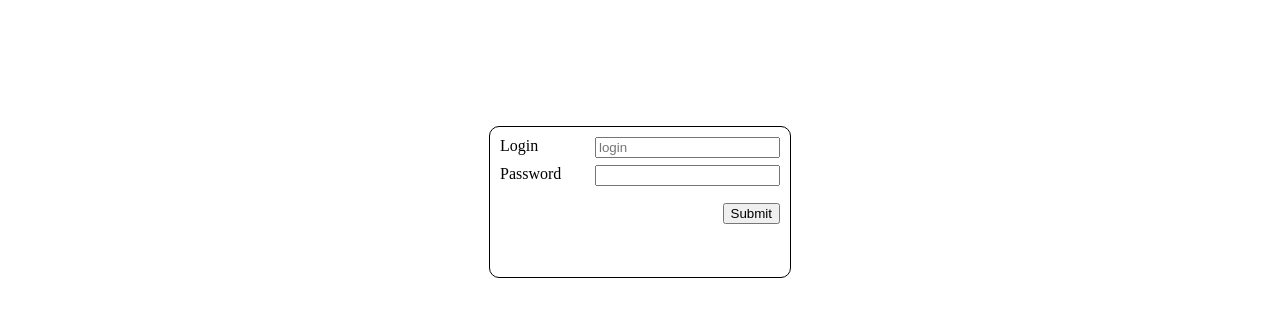
Repository: maxchv/JavaLessons
Page: http://localhost/LibraryProject/
The author's editor kept a copy of each file at every save. The page is drawn from the files as they stood at one save, then again after the next save.
The browser window is 1280 px wide. The pictures show the whole page.
The page is served by Tomcat 9.

Above is the page before, as saved 2016-04-18 15:35:28.

### Lesson19/workspace/LibraryProject/WebContent/index.jsp
<%@ page language="java" contentType="text/html; charset=UTF-8"
    pageEncoding="UTF-8"%>
<!DOCTYPE html>
<html>
<head>
<meta charset="utf-8">
<title>Библиотека</title>
<link rel="stylesheet" href="css/style.css" />
</head>
<body>

<form id="login" action="login" method="post">
	<label>
		Login
		<input type="text" placeholder="login" name="login" />
	</label>
	<label>
		Password
		<input type="password" name="password" />
	</label>
	<input type="submit" />
</form>

</body>
</html>

### Lesson19/workspace/LibraryProject/WebContent/css/style.css
@CHARSET "UTF-8";
#login {
	width: 300px;
	height: 150px;
	border: 1px solid black;
	border-radius: 10px;
	margin: 10% auto;
}
#login > label {
	display: block;
	margin: 10px;
}

#login > label > input {
	display: block;
	float: right;
}

#login > input[type=submit] {
	margin: 10px;
	display: block;
	float: right;
}

After the next save:
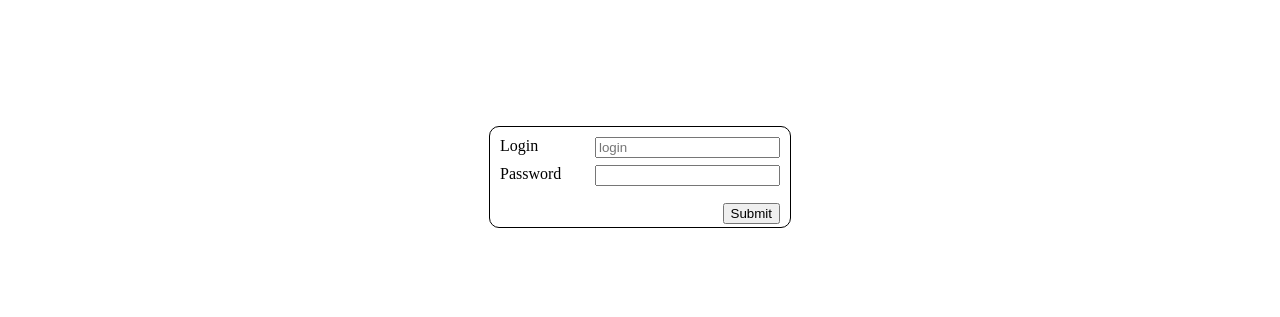
Saved 9 s later.
--- a/Lesson19/workspace/LibraryProject/WebContent/css/style.css
+++ b/Lesson19/workspace/LibraryProject/WebContent/css/style.css
@@ -1,7 +1,7 @@
 @CHARSET "UTF-8";
 #login {
 	width: 300px;
-	height: 150px;
+	height: 100px;
 	border: 1px solid black;
 	border-radius: 10px;
 	margin: 10% auto;
